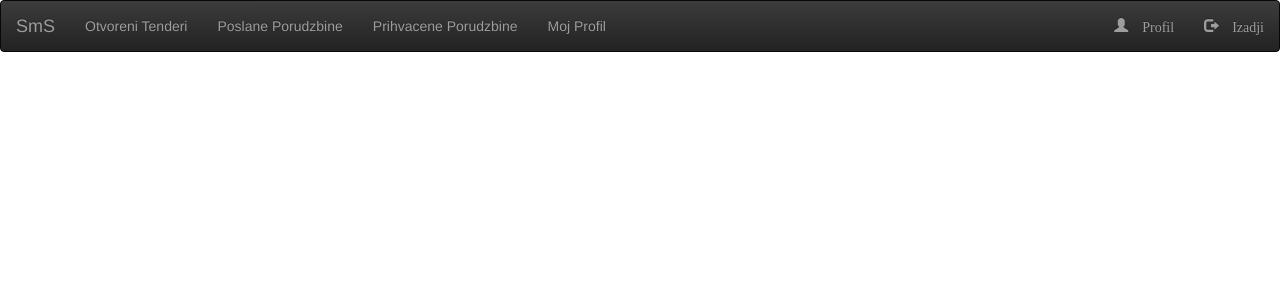
Repository: milanadam94/ISA-2016
Page: jpa-example/src/main/webapp/Offerer/Offerer.html
These files come from the project's save history. The page is drawn as it stood at one moment and after the next save; the edit follows.
The browser window is 1280 px wide. The pictures show the whole page.
Some web libraries are served in a nearby version.

Above is the page before, as saved 2017-03-01 08:49:53.

### jpa-example/src/main/webapp/Offerer/Offerer.html
<!DOCTYPE html>
<html>
<head>
<meta charset="ISO-8859-1">
<title>Ponudjac</title>

<!-- JQUERY -->
<script src="https://code.jquery.com/jquery-3.1.1.js" integrity="sha256-16cdPddA6VdVInumRGo6IbivbERE8p7CQR3HzTBuELA=" crossorigin="anonymous"></script>

<!-- BOOTSTRAP CSS -->
<link rel="stylesheet" href="https://maxcdn.bootstrapcdn.com/bootstrap/3.3.7/css/bootstrap.min.css" integrity="sha384-BVYiiSIFeK1dGmJRAkycuHAHRg32OmUcww7on3RYdg4Va+PmSTsz/K68vbdEjh4u" crossorigin="anonymous">

<!-- BOOTSTRAP THEME -->
<link rel="stylesheet" href="https://maxcdn.bootstrapcdn.com/bootstrap/3.3.7/css/bootstrap-theme.min.css" integrity="sha384-rHyoN1iRsVXV4nD0JutlnGaslCJuC7uwjduW9SVrLvRYooPp2bWYgmgJQIXwl/Sp" crossorigin="anonymous">

<!-- BOOTSTRAP JS -->
<script src="https://maxcdn.bootstrapcdn.com/bootstrap/3.3.7/js/bootstrap.min.js" integrity="sha384-Tc5IQib027qvyjSMfHjOMaLkfuWVxZxUPnCJA7l2mCWNIpG9mGCD8wGNIcPD7Txa" crossorigin="anonymous"></script>

<!-- ANGULAR JS -->
<script src="https://ajax.googleapis.com/ajax/libs/angularjs/1.6.1/angular.js"></script>

<script src="/JQuery-cookie-plugin/jquery.cookie.js"></script>

<!-- TOASTR -->
<!-- <script src="https://cdnjs.cloudflare.com/ajax/libs/toastr.js/latest/css/toastr.css"></script> -->

</head>
<body ng-app="offererApp" ng-controller="offererControler">

	<nav id="myNavbar" class="navbar navbar-inverse">
		<div class="container-fluid">
			<div class="navbar-header">
				<a class="navbar-brand">SmS</a>
			</div>
		<ul class="nav navbar-nav">
		<li><a ng-click="tender()" >Otvoreni Tenderi</a></li>
			<li><a ng-click="sended()" >Poslane Porudzbine</a></li>
			<li><a ng-click="accepted()" >Prihvacene Porudzbine</a></li>
			<li><a  >Moj Profil</a></li>
		</ul>
		<ul class="nav navbar-nav navbar-right">
			<li><a href="#"><span class="glyphicon glyphicon-user"> Profil</span> </a>
			<li><a href="#" ng-click="account()"><span class="glyphicon glyphicon-log-out"> Izadji </span> </a>
		</ul>

		</div>
	</nav>


	<div>
		<!--  TENDERS  -->
		<!--  ====================================================== -->
		<div ng-show="tendersShow">

		<label class="control-label col-sm-5" for="description">Kreirajte Vasu Ponudu:</label> <br/><br/><br/>

		<form class="form-horizontal">

				<div class="form-group">
				<label class="control-label col-sm-2" >Cena:</label> <div class="col-sm-5"><input min=0 type="number" class="form-control" ng-model="newOfferings.price"></div>
				</div> <br/>

				<div class="form-group">
				<label class="control-label col-sm-2" >Dostavljen do: </label><div class="col-sm-5"><input type="date" class="form-control" ng-model="newOfferings.deliveryDate" ></div>
				</div> <br/>

				<div class="form-group">
				<div class="col-sm-10"><textarea class="form-control" rows="5"  ng-model="newOfferings.description" class="form-control" placeholder="Unesite opis..."></textarea></div>
				</div>

				<br/><br/><br/>

		</form>

			<div ng-repeat="i in activeTenders | orderBy:'restaurant.name'">
				<label>{{i.restaurant.name}} ({{i.startDate | date: 'yyyy/MM/dd'}} - {{i.endDate | date: 'yyyy/MM/dd'}}) </label><br/>
				<label>Opis: {{i.description}} </label>
				<br/><br/>
				<button type="submit" class="btn btn-success" ng-click="createNewOfferings( i.id )" >Posalji</button>
				<br/><br/><br/><br/>

			</div>

		</div>


  		<!--  POSLATE PORuDZBINE  -->
  		<div ng-show="sendedShow">

			<form class="form-horizontal">
			<div ng-repeat="i in myAllOfferings | orderBy:'tender.restourant.name'">
				<div ng-if="i.tender.expired != 1 && i.tender.endDate > today">


				<div class="form-group">
				<label class="control-label col-sm-5">{{i.tender.restaurant.name}} ({{i.tender.startDate | date: 'yyyy/MM/dd'}} - {{i.tender.endDate | date: 'yyyy/MM/dd'}}) </label><br/>
				</div>

				<div class="form-group">
				<label class="control-label col-sm-4">Opis: {{i.tender.description}} </label><br/><br/>
				</div>

				<div class="form-group">
				<label class="control-label col-sm-2">Cena: </label><div class="col-sm-5"><input min=0 class="form-control" type="number" ng-model="i.price" value="{{i.price}}"></input> </div><br/>
			    </div>

			    <div class="form-group">
				<label class="control-label col-sm-2">Dostavljeno do:</label> <div class="col-sm-5"><input class="form-control" type="date" value="{{i.deliveryDate | date: 'yyyy-MM-dd'}}" ng-model="i.deliveryDate" ></input></div><br/>
				 </div>

			 	<div class="form-group">
				<label class="control-label col-sm-2">Opis: </label><div class="col-sm-5"><textarea class="form-control" rows="7" cols="100"  ng-model="i.description" placeholder="{{i.description}}"></textarea></div>
				</div>
				<br/>


				<div class="form-group">
				<div class="col-sm-offset-2 col-sm-10"><button type="submit" class="btn btn-warning" ng-click="changeOfferings( i.id )"  >Promeni</button>
							<button type="submit" class="btn btn-danger" ng-click="deleteOfferings( i.id )">Izbrisi</button>
				</div>

				</div>



			 	</div>




				<div ng-if="i.tender.expired == 1 || i.tender.endDate < today">

				<div class="form-group">
				<label class="control-label col-sm-5">{{i.tender.restaurant.name}} ({{i.tender.startDate | date: 'yyyy/MM/dd'}} - {{i.tender.endDate | date: 'yyyy/MM/dd'}}) </label><br/>
				</div>

				<div class="form-group">
				<label class="control-label col-sm-4">Opis: {{i.tender.description}} </label><br/>
				</div>

				<div class="form-group">
				<label class="control-label col-sm-4">Cena: {{i.price}} </label><br/>
			 	</div>

			    <div class="form-group">
				<label class="control-label col-sm-4">Dostavljeno do: {{i.deliveryDate | date: 'yyyy-MM-dd'}}</label><br/>
			 	</div>

			 	<div class="form-group">
				<label class="control-label col-sm-4">Opis: {{i.description}}</label>
				</div>
				</div>

			<br/><br/><br/><br/>

		</div>
		</form>
		</div>



		<!--  PRIHVACENE PORUDZBINE -->
		<!--  ================================ -->
		<div ng-show="acceptedShow">


		</div>



		<!--  PO SMENAMA -->
		<!--  ================================ -->
		<div  ng-show="accountShow">

		</div>


	</div>

</body>


<!-- ANGULAR SCRIPT -->
<script src="Offerer.js"></script>
</html>

### jpa-example/src/main/webapp/Offerer/Offerer.js
angular.element(document).ready(function () {
    console.log('page loading completed');
});
var offererApp = angular.module('offererApp', []).config(['$qProvider', '$httpProvider', function ($qProvider, $httpProvider)  {
    $qProvider.errorOnUnhandledRejections(false);

}]).run(['$rootScope', '$http', '$window', function ($rootScope, $http, $window) {

	//namestiti dole u funckcijama gde treba user.email kada se ovo namesti!
	if (typeof $.cookie('user') !== 'undefined') {
		$scope.user = JSON.parse($.cookie('user'));

		if(user.userType == "GUEST") {
			$window.location.href = "/GuestPage/GuestPage.html";
		}
		// DALJE
	}

}]);


offererApp.controller('offererControler', [ '$scope', 'tenderService', 'acceptedService', 'accountService', function($scope, tenderService, acceptedService, accountService){

	$scope.today = new Date();

	setShows = function(tendersShow, acceptedShow, accountShow, sendedShow){
		$scope.tendersShow = tendersShow;
		$scope.acceptedShow = acceptedShow;
		$scope.accountShow = accountShow;
		$scope.sendedShow = sendedShow;
	}
	setShows(false,false,false,false);

	// TENDER METODE

	$scope.newOfferings={
			description : "",
			price : 0,
			deliveryDate: ""
	}


	$scope.tender = function(){
		setShows(true,false,false,false);

		tenderService.getActiveTenders().then(
				function(response){
					$scope.activeTenders = response.data;
				}
		);

	}

	$scope.createNewOfferings = function(tenderID){
		if($scope.newOfferings.price < 0 || $scope.newOfferings.deliveryDate == "" || $scope.newOfferings.deliveryDate < new Date()){
			alert("Cena ne sme biti manja od nule i morate predefinisati datum dostavljanja u buducnosti")
			return;
		}

		tenderService.createNewOfferings($scope.newOfferings, tenderID);

	}

	//SENDED
	$scope.sended = function(){
		setShows(false,false,false,true);

		tenderService.getMyAllOfferings().then(
				function(response){
					$scope.myAllOfferings = response.data;

					angular.forEach($scope.myAllOfferings, function(value,key){
						value.deliveryDate = new Date(value.deliveryDate);
					});

				}
		);

	}


	$scope.deleteOfferings = function (offeringID){
		tenderService.deleteOfferings(offeringID);
		location.reload();
	}

	$scope.changeOfferings = function (offeringID){


		angular.forEach($scope.myAllOfferings, function(values, key){

			if(values.id == offeringID){

				if(values.price < 0 || values.deliveryDate == "" || values.deliveryDate < new Date()){
					alert("Cena ne sme biti manja od nule i morate predefinisati datum dostavljanja u buducnosti")
					return;
				}

				tenderService.changeOfferings(values).then(
						function(response){
							alert(response.data);
							location.reload();

						}
					);

			}

		});




	}


	// ACCEPTED METODE
	$scope.accepted = function(){
		setShows(false,true,false,false);
	}


	// ACCOUNT METODE
	$scope.account = function(){
		setShows(false,false,true,false);
	}




}]);



offererApp.service('tenderService',['$window', '$http', function($window, $http){

	this.getActiveTenders = function(){
		return $http({
			  method: 'GET',
		      url : "../offerer/getActiveTenders"
		});
	}

	this.getMyAllOfferings = function(){
		return $http({
			method: 'GET',
			url: "../offerer/getMyAllOfferings/2" //=============================================== nemstiti korisnikov email
		});
	}

	this.createNewOfferings = function(newOfferings, tenderID){
		$http({
			  method: 'POST',
			  data: newOfferings,
		      url : "../offerer/createNewOfferings/" + tenderID + "/2" // ============================= ubaciti korisnikov email
		}).then(function success(response) {
				alert(response.data);
				location.reload();
		  }, function error(response) {
			  	alert("Error!");
		  }
		);
	}


	this.deleteOfferings = function(offeringID){

		$http({
			  method: 'DELETE',
		      url : "../offerer/deleteOfferings/" + offeringID
		});
	}

	this.changeOfferings = function(offering){
		return $http({
			  method: 'PUT',
			  data: offering,
		      url : "../offerer/changeOfferings"
		});

	}

}]);

offererApp.service('acceptedService',['$window', '$http', function($window, $http){



}]);


offererApp.service('accountService',['$window', '$http', function($window, $http){



}]);

Loaded but not shown: jpa-example/src/main/webapp/JQuery-cookie-plugin/jquery.cookie.js (library)

After the next save:
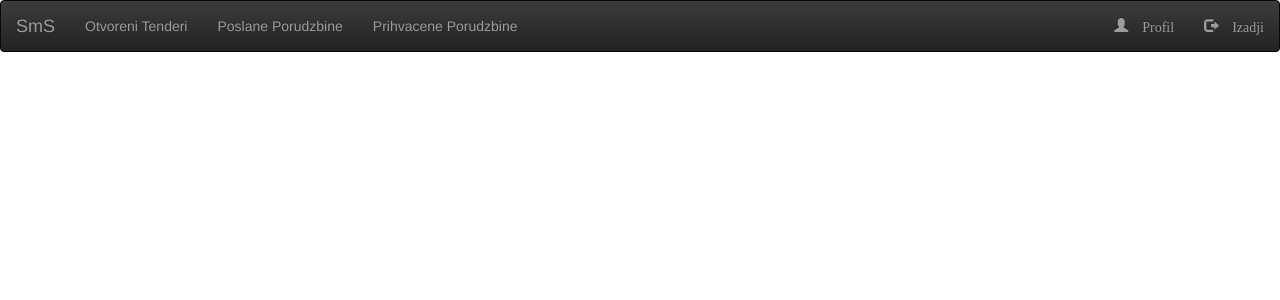
Saved 7 s later.
--- a/jpa-example/src/main/webapp/Offerer/Offerer.html
+++ b/jpa-example/src/main/webapp/Offerer/Offerer.html
@@ -36,11 +36,10 @@
 		<li><a ng-click="tender()" >Otvoreni Tenderi</a></li>
 			<li><a ng-click="sended()" >Poslane Porudzbine</a></li>
 			<li><a ng-click="accepted()" >Prihvacene Porudzbine</a></li>
-			<li><a  >Moj Profil</a></li>
 		</ul>
 		<ul class="nav navbar-nav navbar-right">
-			<li><a href="#"><span class="glyphicon glyphicon-user"> Profil</span> </a>
-			<li><a href="#" ng-click="account()"><span class="glyphicon glyphicon-log-out"> Izadji </span> </a>
+			<li><a href="#" ng-click="account()"><span class="glyphicon glyphicon-user"> Profil</span> </a>
+			<li><a href="#" ><span class="glyphicon glyphicon-log-out"> Izadji </span> </a>
 		</ul>
 
 		</div>
